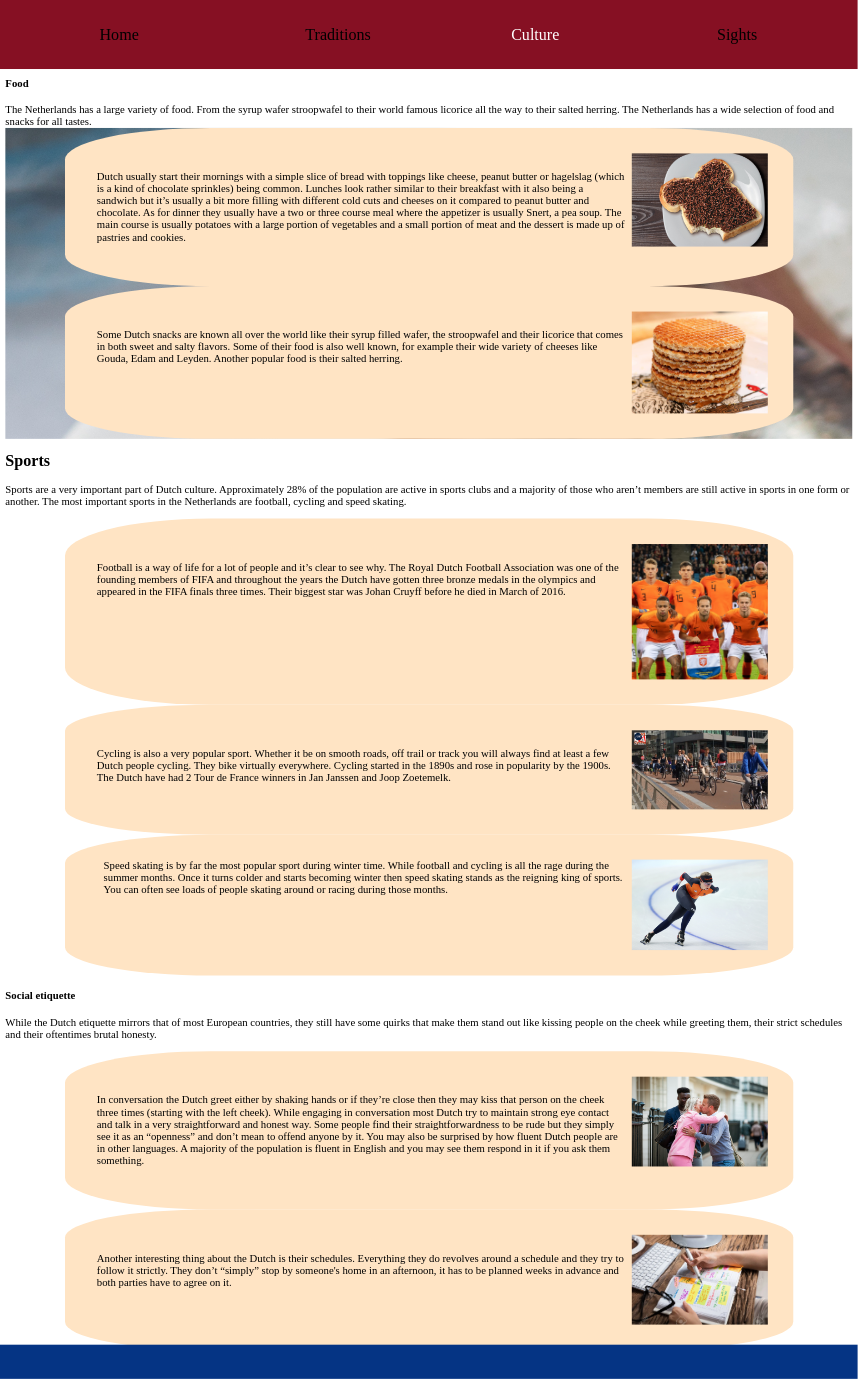
Repository: Cornman63/The-netherlands
Page: html/culture.html
An editor plug-in stored every save of this project. The page is shown before and after the next save, followed by the edit.
The browser window is 1280 px wide. The pictures show the whole page, at 67% of full size.

Above is the page before, as saved 2023-05-28 12:22:32.

After the next save:
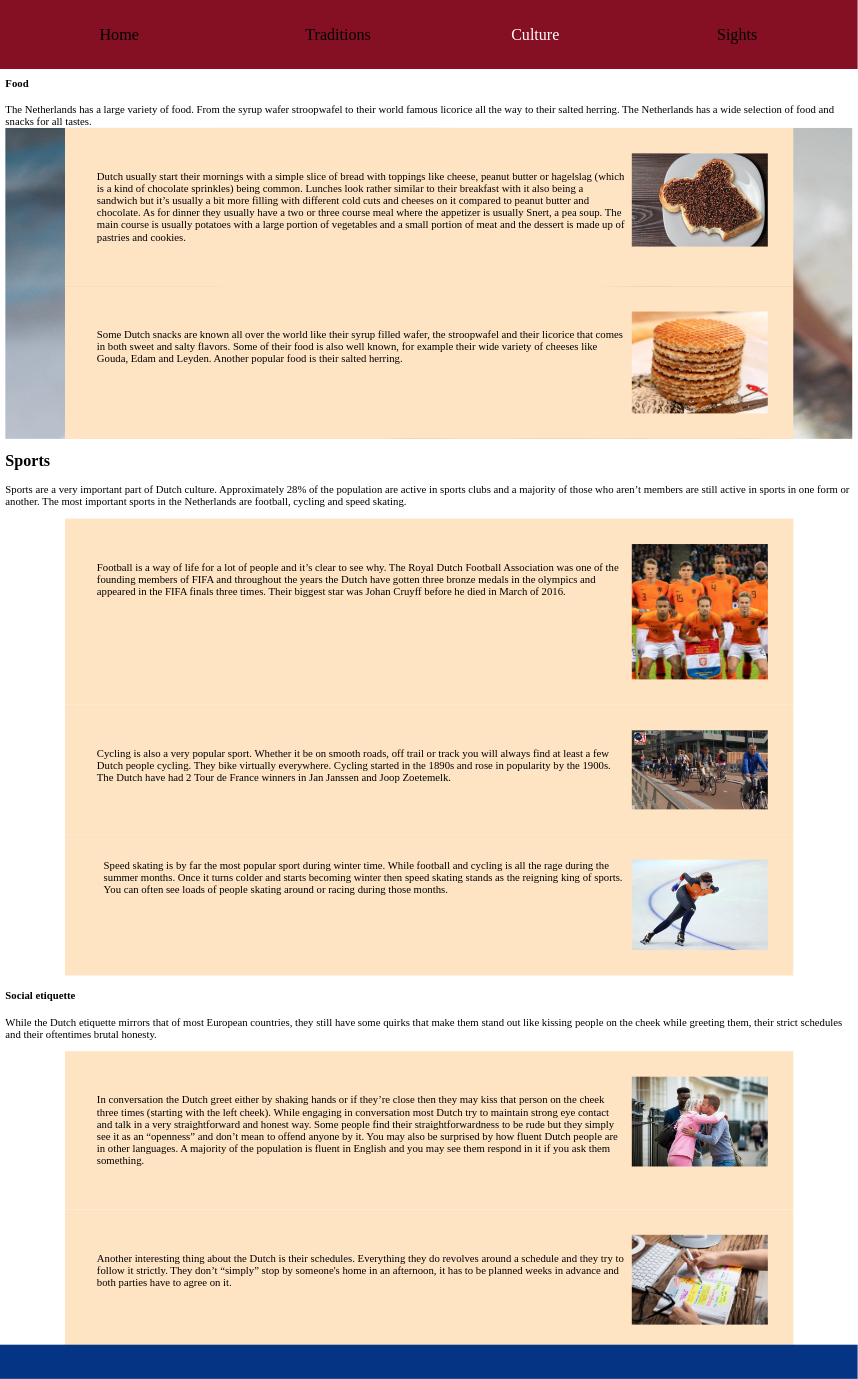
Saved 2 min 22 s later.
--- a/CSS/style2.css
+++ b/CSS/style2.css
@@ -56,7 +56,6 @@ footer{
     flex-direction: row;
     padding: 3%;
     background-color: bisque;
-    border-radius: 20%;
     border:5%;
 }
 .img {
